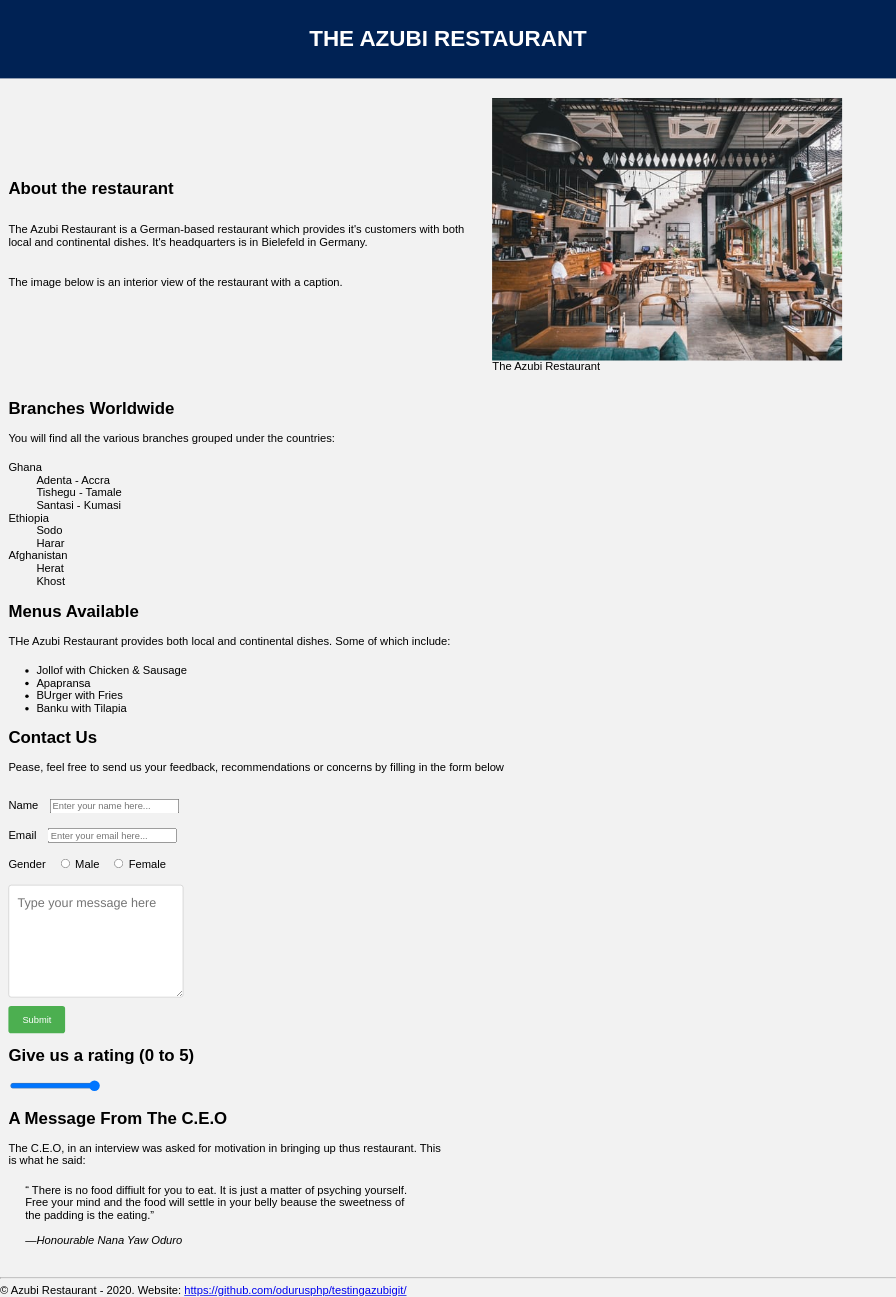
Repository: odurusphp/testingazubigit
Page: Fortune/FortunatusWulnye.html
An editor plug-in stored every save of this project. The page is shown before and after the next save, followed by the edit.
The browser window is 1280 px wide. The pictures show the whole page, at 70% of full size.

Above is the page before, as saved 2020-08-03 03:46:30.

### Fortune/FortunatusWulnye.html
<!--COMMENTS THAT ARE MINE ARE WRITTEN IN CAPITAL LETTERS-->
<!--THE GENERAL STRUCTURE OF THE PAGE IS GOOD WITH THE INDENTATION TOO-->
<!--THE CLASSES THAT YOU IMPLEMENTED TOO ARE GREAT KEEP IT UP-->
<!DOCTYPE html>
<html lang="en">

<head>

    <meta charset="UTF-8" />
    <meta name="viewport" content="width=device-width, initial-scale=1.0" />
    <title>The Azubi Restaurant</title>
    <meta name="descrition" content="A website for Azubi restaurant">
    <meta name="author" content="Fortunatus Aabangbio Wulnye">
    <link rel="stylesheet" href="css/style.css">

</head>

<body>

    <header class="main-header">
        <div class="brand">
            <h1 class="site-title"><a href="#">THE AZUBI RESTAURANT</a></h1>
        </div>
    </header>

    <main class="main-container">
        <section class="aboutOne">

            <aside class="about">
                <h2>About the restaurant</h2>
                <p>
                    The Azubi Restaurant is a German-based restaurant which provides
                    it's customers with both <br />
                    local and continental dishes. It's headquarters is in Bielefeld in
                    Germany.
                </p>
                <p>
                    The image below is an interior view of the restaurant with a caption.
                </p>
                <!--IN ADDING THE IMAGE YOU TYPED OUT THE SRC WRONGLY KINDLY TAKE NOTE AND DO WELL TO REVIEW YOUR PAGE ALWAYS-->
            </aside>
            <div class="about-fig">
                <figure>
                    <img src="images/FortununatusWulnyeRestaurant.jpg" alt="Azubi Restaurant" />
                    <figcaption>The Azubi Restaurant</figcaption>
                </figure>
            </div>
        </section>

        <section class="branches">
            <h2>Branches Worldwide</h2>
            <p>You will find all the various branches grouped under the countries:</p>
            <dl>
                <dt class="country">Ghana</dt>
                <div class="location">
                    <dd>Adenta - Accra</dd>
                    <dd>Tishegu - Tamale</dd>
                    <dd>Santasi - Kumasi</dd>
                </div>

                <dt class="country">Ethiopia</dt>
                <div class="location">
                    <dd>Sodo</dd>
                    <dd>Harar</dd>
                </div>

                <dt class="country">Afghanistan</dt>
                <div class="location">
                    <dd>Herat</dd>
                    <dd>Khost</dd>
                </div>
            </dl>
        </section>

        <section class="menus">
            <h2>Menus Available</h2>
            <p>THe Azubi Restaurant provides both local and continental dishes. Some of which include:</p>
            <ul>
                <li>Jollof with Chicken & Sausage</li>
                <li>Apapransa</li>
                <li>BUrger with Fries</li>
                <li>Banku with Tilapia</li>
            </ul>
        </section>

        <div class="Contact">
            <h2>Contact Us</h2>
            <p>Pease, feel free to send us your feedback, recommendations or concerns by filling in the form below</p>
            <form action="" method="POST">
                <label for="fname">Name</label>
                <input type="text" name="fname" placeholder="Enter your name here..." required> <br>

                <label for="email">Email</label>
                <input type="text" name="email" placeholder="Enter your email here..." required> <br>

                <label for="gender">Gender</label>
                <input type="radio" id="male" value="male">
                <label for="gender">Male</label>
                <input type="radio" id="female" value="female">
                <label for="gender">Female</label> <br>

                <textarea name="message" id="" cols="20" rows="5" placeholder="Type your message here"></textarea>
                <br />

                <input type="submit" value="Submit" />
            </form>
            <br>

        </div>
        <br>

        <div class="rating">
            <h2>Give us a rating (0 to 5)</h2>
            <div class="slider">
                <input type="range" min="0" max="5" value="50">
            </div>
        </div>

        <div class="ceomessage">
            <h2>A Message From The C.E.O</h2>
            <P>The C.E.O, in an interview was asked for motivation in bringing up thus restaurant. This<br> is what he
                said:
            <blockquote> <q> There is no food diffiult for you to eat. It is just a matter of psyching yourself.<br>
                    Free your mind and the food
                    will settle in your belly beause the sweetness of <br> the padding is the eating.</q><br> <br>
                &mdash;<cite>Honourable Nana Yaw Oduro</cite>
            </blockquote>
            </P>
        </div>

    </main>
    <hr />

    <footer>
        &copy; Azubi Restaurant - 2020. Website: <a
            href="https://github.com/odurusphp/testingazubigit/">https://github.com/odurusphp/testingazubigit/</a>
    </footer>

</body>

</html>

### Fortune/css/style.css
html {
  font-family: sans-serif;
  -webkit-text-size-adjust: 100%;
  -ms-text-size-adjust: 100%;
  justify-content: center;
  align-items: middle;
}
body {
  margin: 0;
  background-color: hsl(0, 0%, 95%);
}

/*--------------------------------------------------------------
Header styles
--------------------------------------------------------------*/

.main-header {
  padding: 1em 0;
  background-color: #002254;
}

.brand {
  /* padding: 70px 0; */
  text-align: center;
  border: "0.5rem solid pink";
}
.site-title a {
  text-decoration: none;
  color: #fff;
}

.aboutOne {
  display: flex;
}

.about {
  display: flex;
  flex-direction: column;
  justify-content: center;
}
.main-container {
  border-radius: 2px;
  padding: 12px;
}

aside,
figcaption,
figure,
footer,
header,
main,
nav,
section {
  display: block;
}

a:active,
a:hover {
  outline: 0;
}

b,
strong {
  font-weight: bold;
}

p {
  margin-bottom: 1.5em;
}

h1 {
  font-size: 2em;
  margin: 0.67em 0;
}

img {
  display: block;
  border: 0;
  width: auto;
  height: auto;
}

label {
  padding: 12px 12px 12px 0;
  display: inline-block;
}

input [type="text"],
select,
textarea {
  color: inherit;
  font: inherit;
  margin: 0;
  padding: 12px;
  border: 1px solid #ccc;
  border-radius: 4px;
  resize: vertical;
  margin: 8px 0;
  font-family: "Source Sans Pro", "Helvetica", Arial, sans-serif;
  font-size: 18px;
  line-height: 1.5;
}

input[type="submit"] {
  background-color: #4caf50;
  color: white;
  padding: 12px 20px;
  border: none;
  border-radius: 4px;
  cursor: pointer;
  float: left;
}

select {
  text-transform: none;
}

textarea {
  overflow: auto;
}

input::-moz-focus-inner {
  border: 0;
  padding: 0;
}

input {
  line-height: normal;
}

input[type="radio"] {
  box-sizing: border-box;
  padding: 0;
}

blockquote {
  margin: 0 1.5em;
}

After the next save:
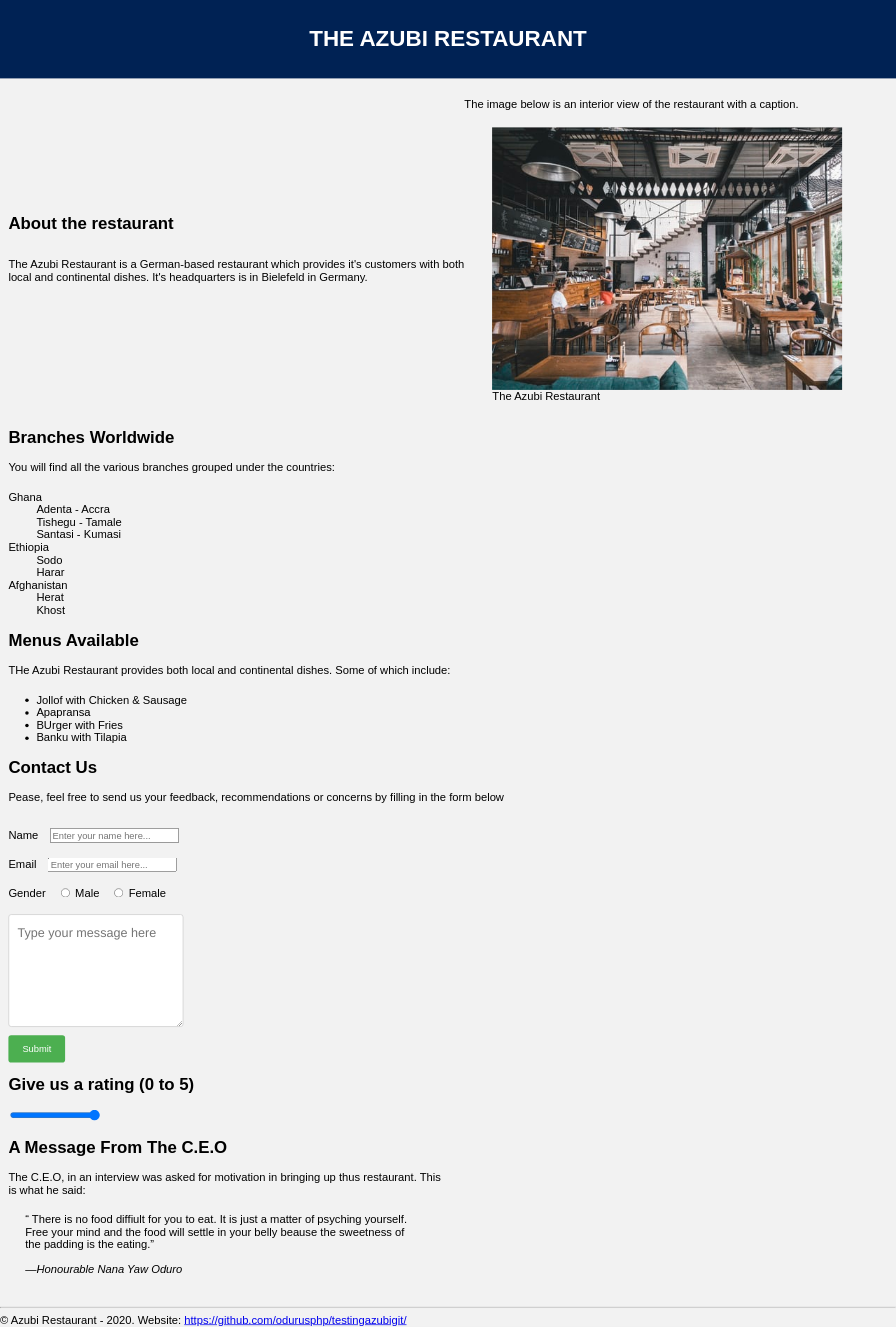
Saved 43 min 11 s later.
--- a/Fortune/FortunatusWulnye.html
+++ b/Fortune/FortunatusWulnye.html
@@ -34,12 +34,10 @@
                     local and continental dishes. It's headquarters is in Bielefeld in
                     Germany.
                 </p>
-                <p>
-                    The image below is an interior view of the restaurant with a caption.
-                </p>
-                <!--IN ADDING THE IMAGE YOU TYPED OUT THE SRC WRONGLY KINDLY TAKE NOTE AND DO WELL TO REVIEW YOUR PAGE ALWAYS-->
+
             </aside>
             <div class="about-fig">
+                <p>The image below is an interior view of the restaurant with a caption.</p>
                 <figure>
                     <img src="images/FortununatusWulnyeRestaurant.jpg" alt="Azubi Restaurant" />
                     <figcaption>The Azubi Restaurant</figcaption>
